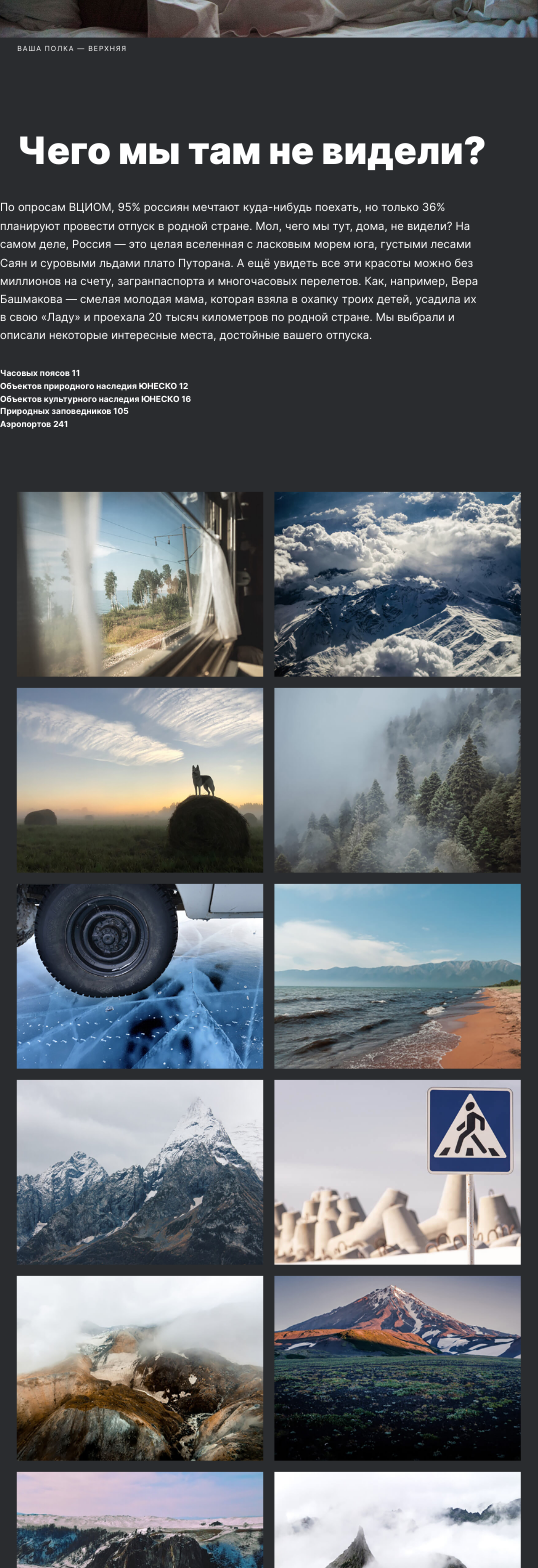
Repository: artemrgrs/russian-travel
Page: index.html
These files come from the project's save history. The page is drawn as it stood at one moment and after the next save; the edit follows.
The browser window is 768 px wide. The pictures show the part of the page from y = 914 to 3154 px (the page is 6962 px tall before and 6922 px after), at 70% of full size.

Above is the page before, as saved 2021-02-05 13:50:40.

After the next save:
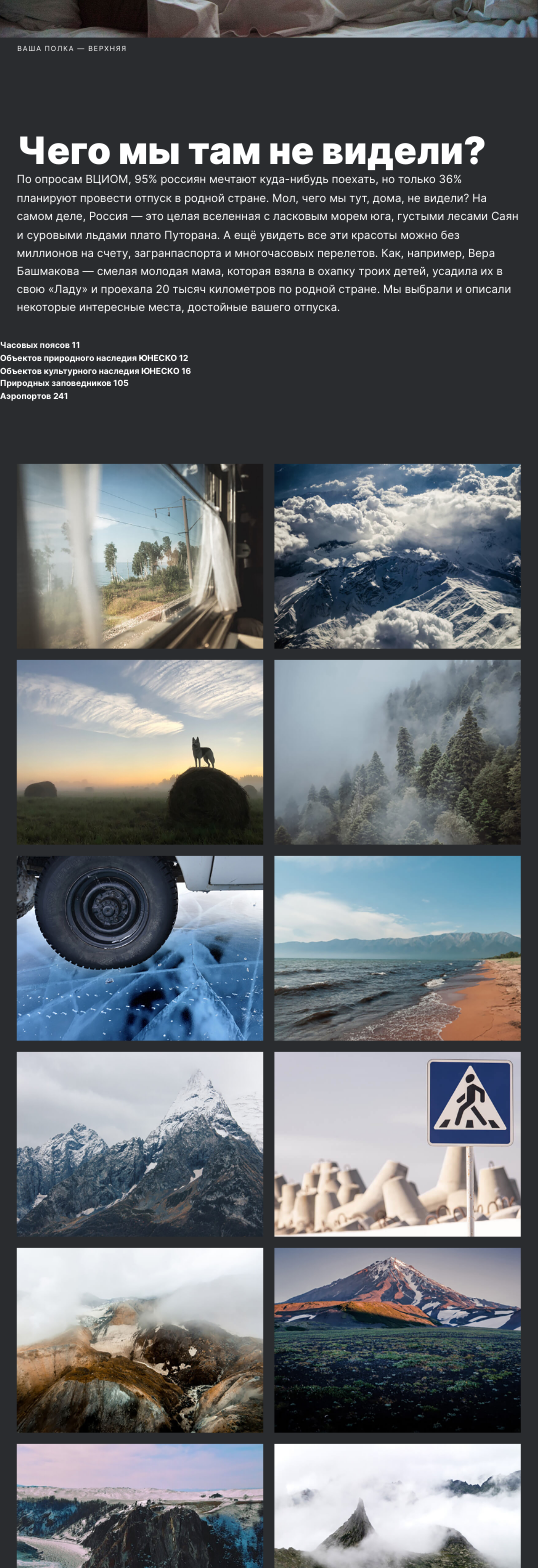
Saved 82 s later.
--- a/blocks/intro/__text/intro__text.css
+++ b/blocks/intro/__text/intro__text.css
@@ -9,3 +9,10 @@
     line-height: 1.63;
     color: #FFFFFF;
 }
+
+@media screen and (max-width: 1023px) {
+    .intro__text {
+       margin: 0 auto;
+       max-width: 720px;
+    }
+}
